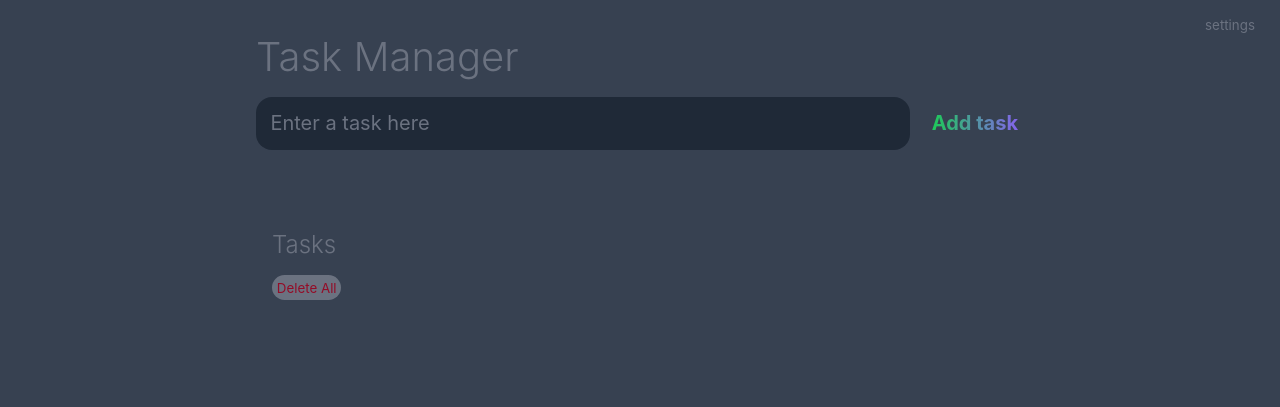
Repository: Herschenglime/todo-list-exercise
Page: index.html
An editor plug-in stored every save of this project. The page is shown before and after the next save, followed by the edit.
The browser window is 1280 px wide. The pictures show the whole page.
Empty fields were first filled with sample values (such as "Sample", 5 or name@example.com).
After loading, the first visible `#new-task-form` was submitted once.
Some web libraries are served in a nearby version.

Above is the page before, as saved 2022-05-27 18:35:35.

After the next save:
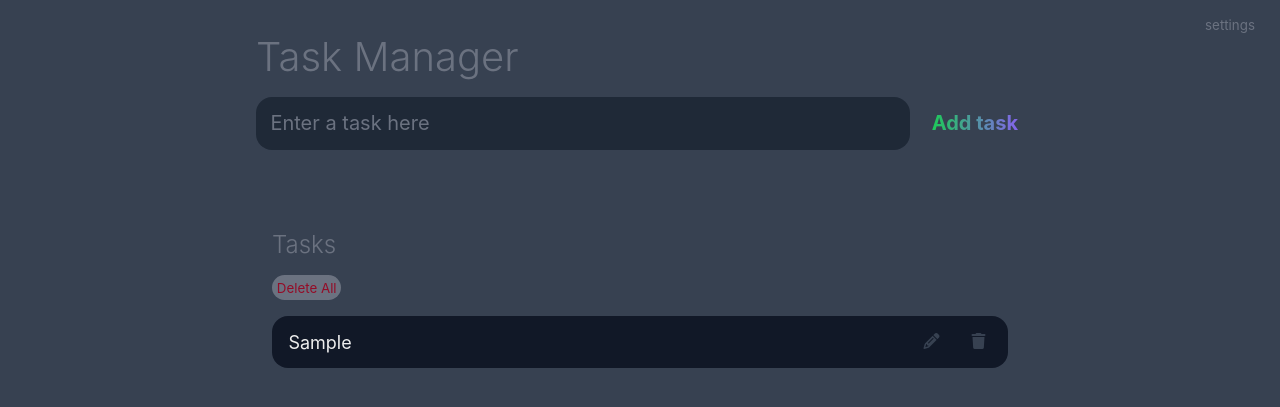
Saved 4 s later.
--- a/app.js
+++ b/app.js
@@ -70,7 +70,7 @@ window.addEventListener('load', () => {
 
                 const task_emoji_icon = document.createElement("i");
                 // creates the icon (this code is found at fontawesome.com)
-                task_edit_icon.innerHTML = '<i class="fa-solid fa-pencil"></i>';
+                task_emoji_icon.innerHTML = '<i class="fa-solid fa-pencil"></i>';
 
 
                 const task_edit_el = document.createElement("button");
